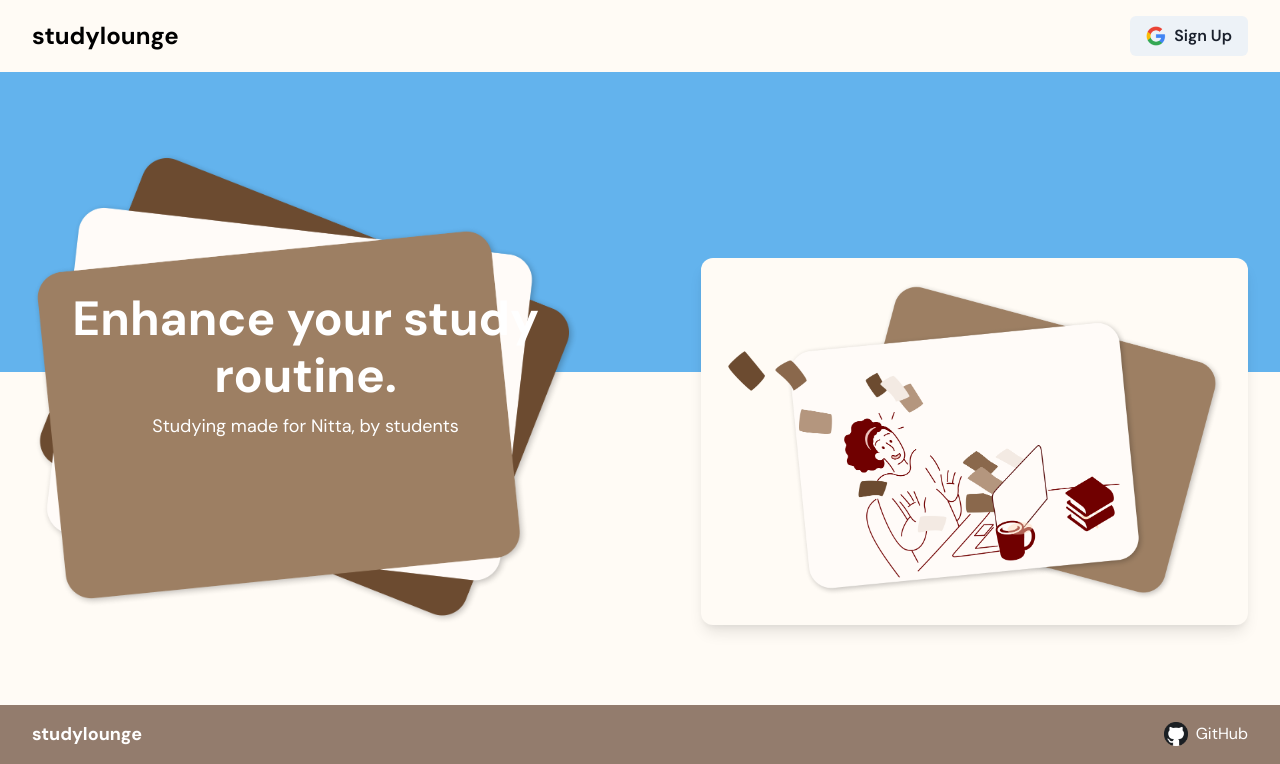
Repository: greg-chang/flashcard-website
Page: / (app in frontend/)
An editor plug-in stored every save of this project. The page is shown before and after the next save, followed by the edit.
The browser window is 1280 px wide. The pictures show the whole page.
The page's requests for data from a server got no answer. The project was rebuilt for these pictures with package versions that can differ from the ones it lists, and the page was loaded fresh each time. Some packages were replaced by stand-ins written for this rebuild. The framework's server and built-in components were replaced by stand-ins that run in the browser. No one was signed in, and anything a server would have sent is missing. Also part of the build but not shown: frontend/next.config.ts, frontend/src/components/Dashboard.tsx.

Above is the page before, as saved 2025-06-08 14:48:23.

### frontend/src/app/layout.tsx
import type { Metadata } from "next";
import { Geist, Geist_Mono } from "next/font/google";
import { DM_Sans } from 'next/font/google';
import { ClerkProvider } from '@clerk/nextjs';
import { ChakraProvider, extendTheme } from '@chakra-ui/react';
import "./globals.css";
import Navbar from "../components/ui/navbar";
import theme from './theme';

const geistSans = Geist({
  variable: "--font-geist-sans",
  subsets: ["latin"],
});

const geistMono = Geist_Mono({
  variable: "--font-geist-mono",
  subsets: ["latin"],
});

const dmSans = DM_Sans({
  variable: '--font-dm-sans',
  subsets: ['latin'],
});

export const metadata: Metadata = {
  title: "Flashcard Website",
  description: "ECS 162 - Web Programming Final Project",
};

export default function RootLayout({
  children,
}: Readonly<{
  children: React.ReactNode;
}>) {
  return (
    <ClerkProvider>
      <ChakraProvider theme={theme}>
        <html lang="en">
          <body
            className={`${geistSans.variable} ${geistMono.variable} ${dmSans.variable} antialiased`}
          >
            {children}
          </body>
        </html>
      </ChakraProvider>
    </ClerkProvider>
  );
}

### frontend/src/app/page.tsx
'use client';
import Homepage from '@/components/Homepage';
import UserInterface from '@/components/UserInterface';
import Dashboard from '@/components/Dashboard';
import { useUser } from '@clerk/nextjs';
// import UserInterface from '@/components/UserInterface';

export default function Home() {
  const { isSignedIn, isLoaded } = useUser();
  if (!isLoaded) {
    return <div>Loading...</div>;
  }
  return (
    <main className="min-h-screen bg-gray-100">
      {isSignedIn ? <Dashboard /> : <Homepage />}
    </main>
  );
}

### frontend/src/app/globals.css
@import "tailwindcss";

:root {
  --background: var(--color-sand);
  --foreground: var(--color-walnut);
}

@theme {
  /* Light */
  --color-sand: #F0EAE2 ;
  /* Medium */
  --color-coffee: #937156 ;
  /* Medium Text */
  --color-walnut: #8F6E4F ;
  /* VERY DARK */
  --color-expresso: #341D09 ;
  /* DESATURATED MEDIUM */
  --color-mocha: #604E3C ;
}

@theme inline {
  --color-background: var(--background);
  --color-foreground: var(--foreground);
  --font-sans: var(--font-geist-sans);
  --font-mono: var(--font-geist-mono);
}
/*
@john found out that this is what caused the white text of white background
@media (prefers-color-scheme: dark) {
  :root {
    --background: #0a0a0a;
    --foreground: #ededed;
  }
} */

body {
  background: var(--background);
  color: var(--foreground);
  font-family: Arial, Helvetica, sans-serif;
}

### frontend/src/app/theme.tsx
'use client';
import { extendTheme } from '@chakra-ui/react';

const theme = extendTheme({
    //not actually used
  colors: {
    brand: {
      50: '#ffe4ed',
    },
  },
  fonts: {
    heading: 'var(--font-geist-sans), sans-serif',
    body: 'var(--font-geist-sans), sans-serif',
  },
  styles: {
    global: {
      body: {
        bg: 'pink.100',
        color: 'black',
      },
    },
  },
});

export default theme;

### frontend/src/components/Homepage.tsx
'use client';
import {
  Box,
  Button,
  Center,
  Heading,
  Stack,
  Text,
  VStack,
  HStack,
  SimpleGrid,
  Flex,
} from '@chakra-ui/react';
import { SignInButton, SignUpButton } from '@clerk/nextjs';
import Header from './Header';
import Image from 'next/image';

// assets
import Illustration from '@/assets/Illustration.png';
import GroupedCards from '@/assets/Grouped Cards.png';
import StyleLine from '@/assets/Style Line.png';
import GithubLogo from '@/assets/Github Logo.png';
// import GoogleLogo from '@/assets/Google Logo.png';

export default function Homepage() {
  return (
    <Flex minH="100vh" direction="column" bg="#FFFBF5" color="black" fontFamily="var(--font-dm-sans)">
      {/* Header */}
      <Header />

      {/* Main Content Area */}
      <Flex
        direction={{ base: 'column', md: 'row' }}
        align="stretch"
        justify="space-between"
        py={{ base: 10, md: 20 }}
        px={{ base: 4, md: 8 }}
        flex="1"
        position="relative"
      >
        {/* Background Wave */}
        <Box
          position="absolute"
          top="0"
          left="0"
          width="100%"
          height="300px"
          backgroundImage={`url(${StyleLine.src})`}
          backgroundSize="100% auto"
          backgroundRepeat="no-repeat"
          backgroundPosition="bottom"
          zIndex="0"
          opacity="1"
          bg="blue.300"
        />

        {/* Left Section: Grouped Cards Image */}
        <Box
          position="relative"
          flex="1"
          minW={{ base: 'full', md: '45%' }}
          maxW={{ base: 'full', md: '45%' }}
          display="flex"
          justifyContent="flex-start"
          alignItems="flex-start"
          alignSelf="flex-start"
          zIndex="1"
        >
          <Image
            src={GroupedCards}
            alt="Grouped Study Cards"
            width={550}
            height={400}
            layout="responsive"
            objectFit="contain"
            priority
          />
          {/* Text Overlay on Grouped Cards */}
          <Box
            position="absolute"
            color="white"
            textAlign="center"
            top="45%"
            left="50%"
            transform="translate(-50%, -50%)"
            width="100%"
          >
            <Heading fontSize={{ base: '3xl', md: '4xl', lg: '5xl' }} mb={2}>
              Enhance your study routine.
            </Heading>
            <Text fontSize={{ base: 'md', md: 'lg' }}>
              Studying made for Nitta, by students
            </Text>
          </Box>
        </Box>

        {/* Right Section: Illustration Image Card */}
        <Box
          flex="1"
          minW={{ base: 'full', md: '45%' }}
          maxW={{ base: 'full', md: '45%' }}
          display="flex"
          justifyContent="flex-end"
          alignItems="flex-end"
          alignSelf="flex-end"
          position="relative"
          zIndex="1"
        >
          <Box
            bg="#FFFBF5"
            p={6}
            borderRadius="xl"
            boxShadow="lg"
            position="relative"
            zIndex="1"
            display="inline-block"
          >
            <Image
              src={Illustration}
              alt="Study Lounge Illustration"
              width={600}
              height={450}
              layout="responsive"
              objectFit="contain"
              priority
            />
          </Box>
          {/* Small brown card elements (re-evaluate positions based on new layout) */}
          <Box
            position="absolute"
            bg="#937C6D"
            width="60px"
            height="40px"
            borderRadius="md"
            top="5%"
            right="10%"
            transform="rotate(15deg)"
            zIndex="0"
            display={{ base: 'none', md: 'block' }}
          />
          <Box
            position="absolute"
            bg="#937C6D"
            width="40px"
            height="30px"
            borderRadius="md"
            bottom="15%"
            left="20%"
            transform="rotate(-20deg)"
            zIndex="0"
            display={{ base: 'none', md: 'block' }}
          />
          <Box
            position="absolute"
            bg="#937C6D"
            width="50px"
            height="35px"
            borderRadius="md"
            bottom="5%"
            right="5%"
            transform="rotate(5deg)"
            zIndex="0"
            display={{ base: 'none', md: 'block' }}
          />
        </Box>
      </Flex>

      {/* Footer */}
      <Flex
        as="footer"
        bg="#937C6D"
        color="white"
        py={4}
        px={8}
        justify="space-between"
        align="center"
        mt="auto"
        fontFamily="var(--font-dm-sans)"
        zIndex="1"
        position="relative"
      >
        <Text fontSize="lg" fontWeight="bold">studylounge</Text>
        <HStack spacing={2}>
          <Image
            src={GithubLogo}
            alt="GitHub Logo"
            width={24}
            height={24}
            objectFit="contain"
          />
          <Text>GitHub</Text>
        </HStack>
      </Flex>
    </Flex>
  );
}

### frontend/src/components/Header.tsx
'use client';
import {
  Box,
  Flex,
  Heading,
  Spacer,
  Button,
  HStack,
  Text,
} from '@chakra-ui/react';
import { SignInButton, SignUpButton, UserButton, useUser } from '@clerk/nextjs';
import Image from 'next/image';
import GoogleLogo from '@/assets/Google Logo.png';

export default function Header() {
  const { isSignedIn, isLoaded } = useUser();

  return (
    <Box
      as="header"
      position="sticky"
      top={0}
      zIndex={10}
      bg="transparent"
      px={8}
      py={4}
      shadow="none"
    >
      <Flex align="center">
        {/* Logo */}
        <Text fontSize="2xl" fontWeight="bold" color="black">studylounge</Text>

        <Spacer />

        {/* Right side: Auth buttons or Avatar */}
        {isLoaded && (
          <HStack spacing={4}>
            {isSignedIn ? (
              <UserButton afterSignOutUrl="/" />
            ) : (
              <>
                <SignUpButton mode="modal">
                  <Button size="md" bg="gray.100" _hover={{ bg: 'gray.200' }} borderRadius="md">
                    <HStack spacing={2}>
                      <Image
                        src={GoogleLogo}
                        alt="Google Logo"
                        width={20}
                        height={20}
                        objectFit="contain"
                      />
                      <Text>Sign Up</Text>
                    </HStack>
                  </Button>
                </SignUpButton>
              </>
            )}
          </HStack>
        )}
      </Flex>
    </Box>
  );
}

After the next save:
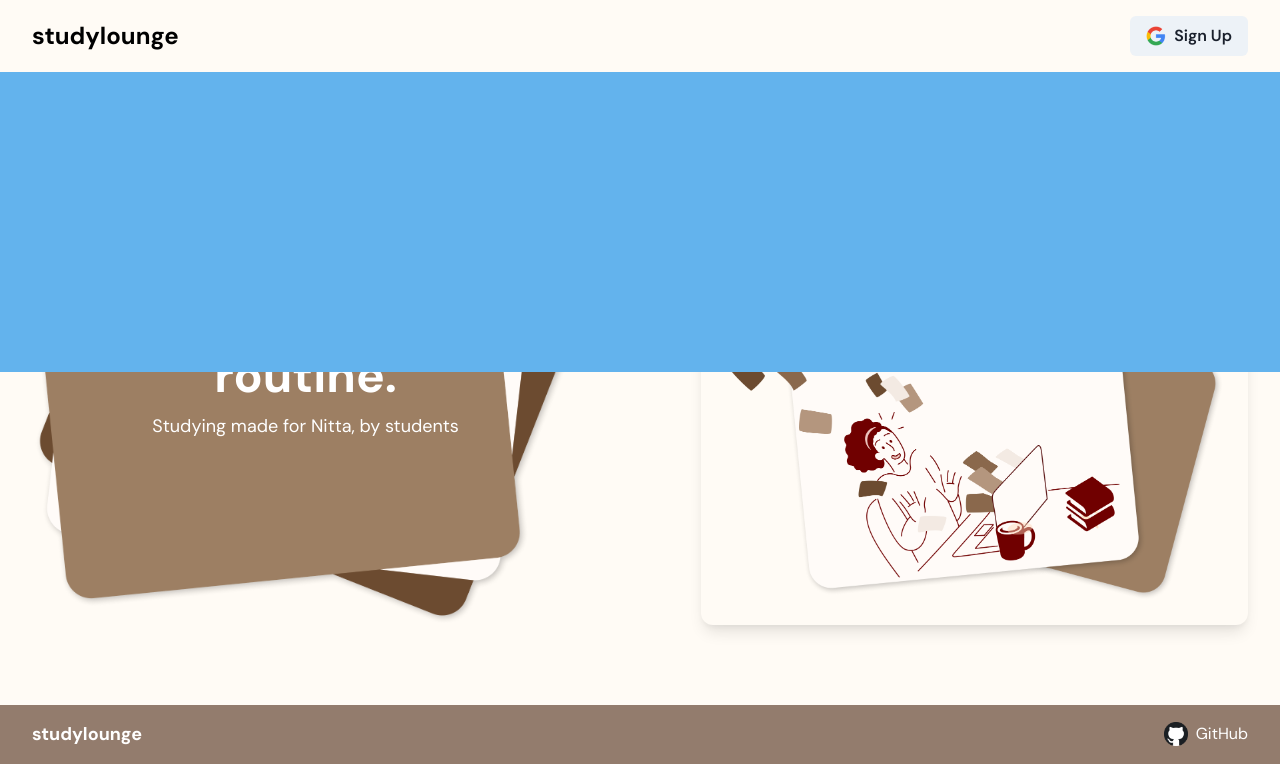
Saved 16 s later.
--- a/frontend/src/components/Homepage.tsx
+++ b/frontend/src/components/Homepage.tsx
@@ -49,7 +49,7 @@ export default function Homepage() {
           backgroundSize="100% auto"
           backgroundRepeat="no-repeat"
           backgroundPosition="bottom"
-          zIndex="0"
+          zIndex="999"
           opacity="1"
           bg="blue.300"
         />
